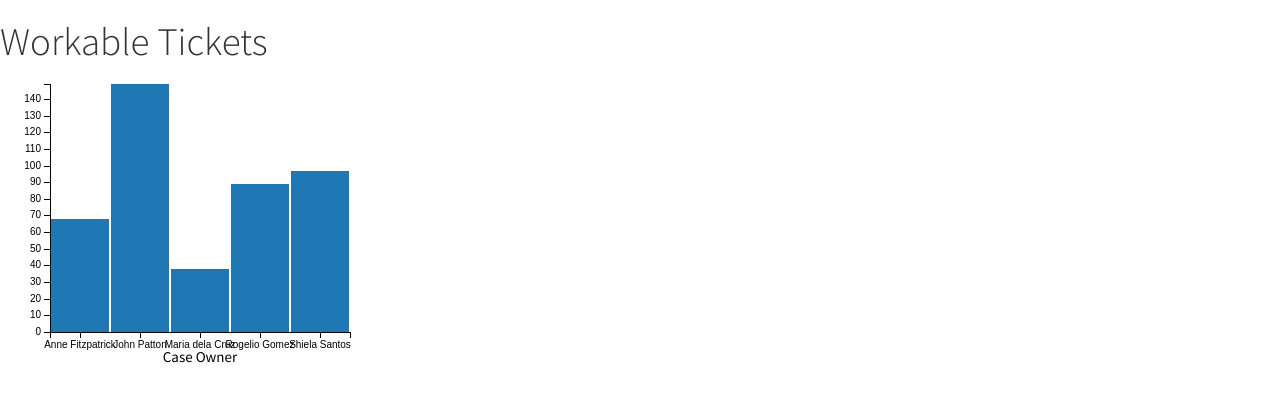
Repository: RChanco/Workable-Tickets-Dashboard
Page: index.html
The author's editor kept a record of every edit. The page is drawn from the files as they stood at one moment, then again after the next edit.
The browser window is 1280 px wide. The pictures show the whole page.

Above is the page before.

### index.html
<!DOCTYPE html>
<html lang="en">
<head>
    <meta charset="UTF-8">
    <meta name="viewport" content="width=device-width, initial-scale=1.0">
    <meta http-equiv="X-UA-Compatible" content="ie=edge">
    <title>Workable Tickets Dashboard</title>

    <link rel="stylesheet" href="static/css/bootstrap.min.css" type="text/css" />
    <link rel="stylesheet" href="static/css/dc.min.css" type="text/css" />

    <script type="text/javascript" src="static/js/d3.min.js"></script>
    <script type="text/javascript" src="static/js/crossfilter.min.js"></script>
    <script type="text/javascript" src="static/js/dc.min.js"></script>
    <script type="text/javascript" src="static/js/queue.min.js"></script>
    <script type="text/javascript" src="static/js/graph.js"></script>

</head>
<body>
    <h1>Workable Tickets</h1>

    <div id="case-owner"></div>

</body>
</html>

### static/js/graph.js
queue()
    .defer(d3.csv,"data/Open_Tickets.csv")
     .await(makeGraphs);

function makeGraphs(error, ticketsData) {
    var ndx = crossfilter(ticketsData);

    show_case_owner(ndx);

    dc.renderAll();

}

function show_case_owner(ndx) {
    var dim = ndx.dimension(dc.pluck('CaseOwner'));
    var group = dim.group();

    dc.barChart("#case-owner")
        .width(400)
        .height(300)
        .margins({top: 10, right: 50, bottom: 30, left: 50})
        .dimension(dim)
        .group(group)
        .transitionDuration(500)
        .x(d3.scale.ordinal())
        .xUnits(dc.units.ordinal)
        .elasticY(true)
        .xAxisLabel("Case Owner")
        .yAxis().ticks(20);
}

Loaded but not shown: static/css/bootstrap.min.css (library); static/css/dc.min.css (library); static/js/d3.min.js (library); static/js/crossfilter.min.js (library); static/js/dc.min.js (library); static/js/queue.min.js (common file)

After the next edit:
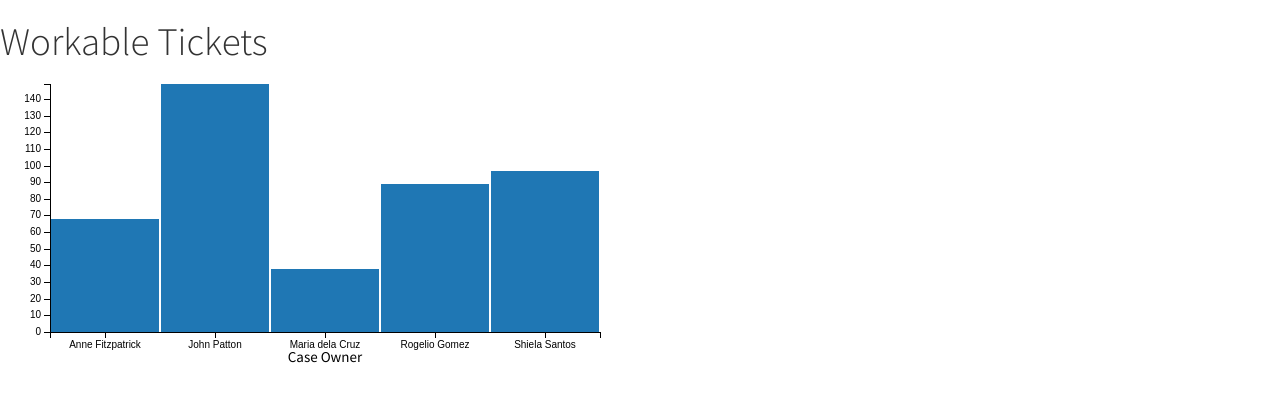
The edit:
--- a/static/js/graph.js
+++ b/static/js/graph.js
@@ -16,7 +16,7 @@
     var group = dim.group();
 
     dc.barChart("#case-owner")
-        .width(400)
+        .width(650)
         .height(300)
         .margins({top: 10, right: 50, bottom: 30, left: 50})
         .dimension(dim)
